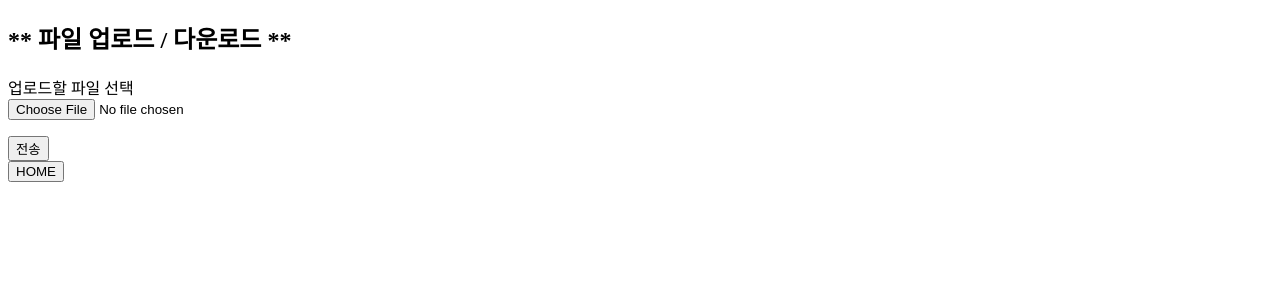
Repository: offbr/Spring
Page: http://localhost/spring_mvc22_file/upload
These files come from the project's save history. The page is drawn as it stood at one moment and after the next save; the edit follows.
The browser window is 1280 px wide. The pictures show the whole page.
The page is served by Tomcat 9.

Above is the page before, as saved 2016-10-18 01:22:29.

After the next save:
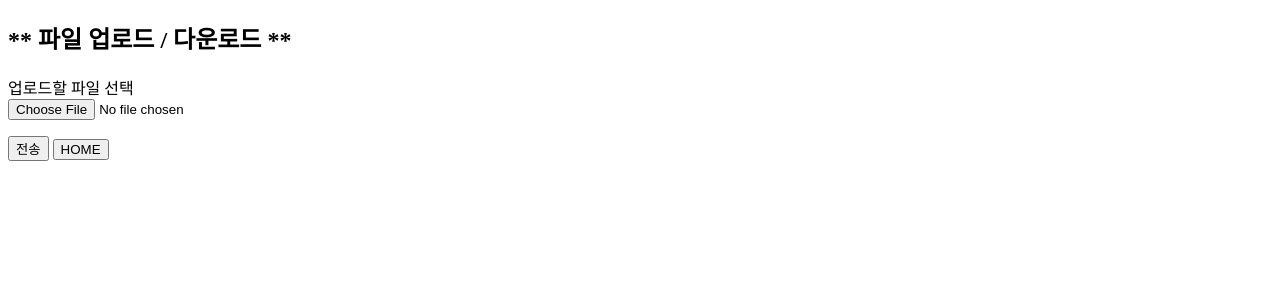
Saved 74 s later.
--- a/spring_mvc22_file/src/main/webapp/WEB-INF/view/uploadform.jsp
+++ b/spring_mvc22_file/src/main/webapp/WEB-INF/view/uploadform.jsp
@@ -14,7 +14,8 @@
 <input type="file" name="file"><br>
 <p><form:errors path="file" cssStyle="Color:red" /></p>
 <input type="submit" value="전송" />
+<a href="index.jsp"><button>HOME</button></a>
 </form:form>
-<a href="index.jsp"><button>HOME</button></a>
+
 </body>
 </html>
